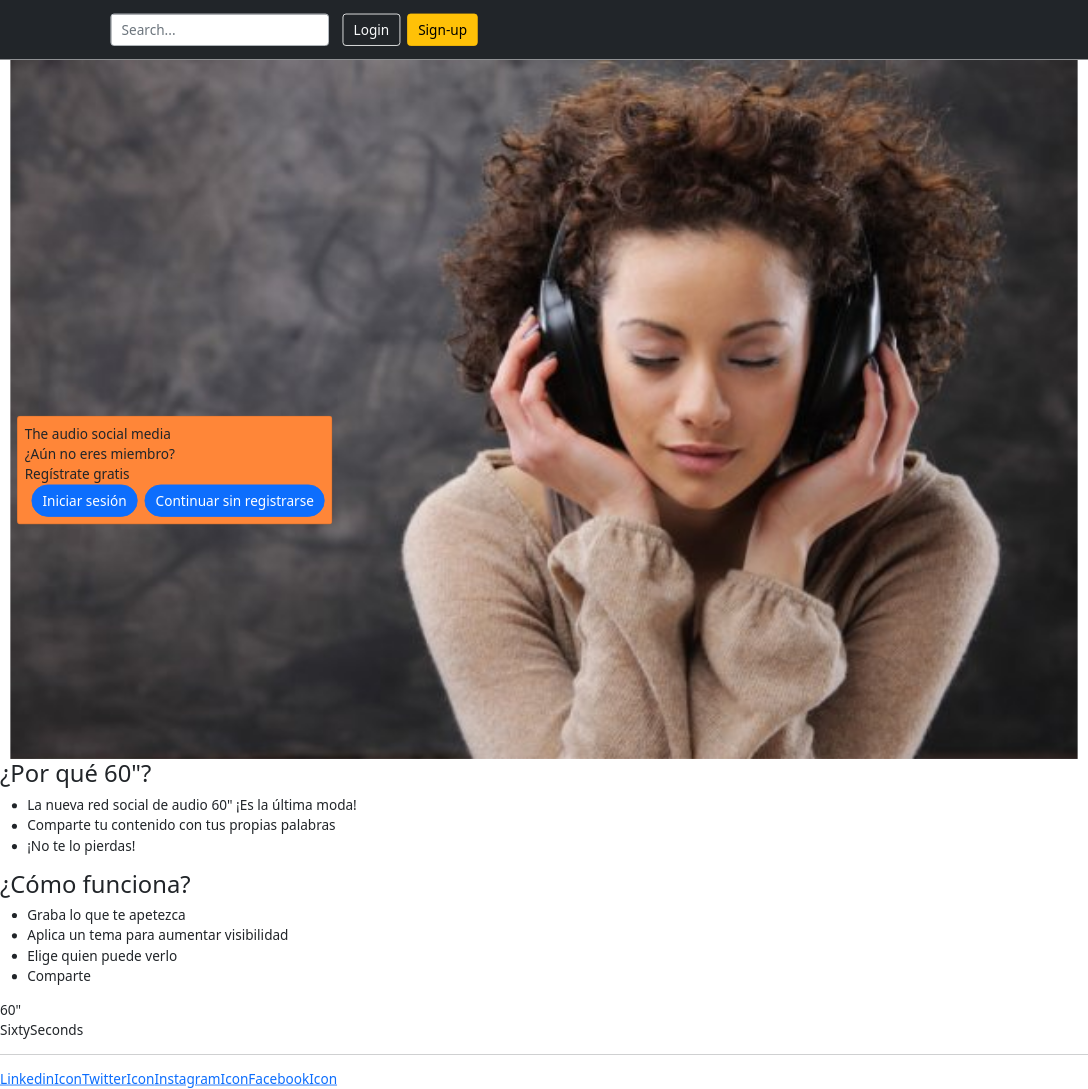
Repository: Zapulin/react-sixtySeconds-front
Page: /
An editor plug-in stored every save of this project. The page is shown before and after the next save, followed by the edit.
The browser window is 1280 px wide. The pictures show the whole page, at 85% of full size.
The project was rebuilt for these pictures with package versions that can differ from the ones it lists, and the page was loaded fresh each time. Also part of the build but not shown: src/Components/Login.js, src/Components/Signup.js, src/Components/Publish.js, src/Components/Activity.js, src/Components/Categories.js, src/Components/IconProfile.js, src/Components/Recorder.js, src/Components/Audio.js and 9 more. Imported but missing from the stored project, and not drawn on this page: src/Samples/AUDIOMP3.mp3, src/Samples/AUDIOOGG.ogg.

Above is the page before, as saved 2022-04-13 10:54:27.

### src/index.js
import React from 'react';
import ReactDOM from 'react-dom';
import App from './App';
import './index.css';
import 'bootstrap/dist/css/bootstrap.min.css';

ReactDOM.render(
  <React.StrictMode>
    <App />
  </React.StrictMode>,
  document.getElementById('root')
);

### src/App.js
import { BrowserRouter, Routes, Route } from 'react-router-dom';

//Pages
import Home from './Pages/Home'
import Feed from './Pages/Feed'
import User from './Pages/Profile'
import NotFound from './Pages/NotFound'

function App() {
  return (
    <BrowserRouter>
      <Routes>
        <Route path='/' element={<Home/>} />
        <Route path='/feed' element={<Feed/>} />
        <Route path='/profile/:id' element={<User/>} />
        <Route path='*' element={<NotFound/>} />
      </Routes>
    </BrowserRouter>
  );
}

export default App;

### src/Pages/Home.js
import top_image from "../Resources/images/top_image.svg";

//Components
import Footer from '../Components/Footer'
import Navbar from '../Components/Navbar'

function Home() {
  return (
    <>
    <Navbar/>
      <div className="container-fluid">
          <div class="position-relative">
            <img className="img-fluid" src={top_image} alt="" />
            <div className="card rounded m-2 p-2 position-absolute top-50" style={{background:'#FF8638'}}>
                 <span> The audio social media </span>
                 <span> ¿Aún no eres miembro? </span>
                 <span> Regístrate gratis </span>
                <div className="d-flex justify-content-between">
                    <button className="btn btn-primary ms-2 rounded-pill"> Iniciar sesión</button>
                    <button className="btn btn-primary ms-2 rounded-pill"> Continuar sin registrarse </button>
                </div>
            </div>
        </div>
      </div>
      <div>
        <div>
            <h3>¿Por qué 60"?</h3>
            <ul>
                <li><span>La nueva red social de audio 60" ¡Es la última moda!</span></li>
                <li><span>Comparte tu contenido con tus propias palabras</span></li>
                <li><span>¡No te lo pierdas!</span></li>
            </ul>
        </div>
        <div>
            <h3>¿Cómo funciona?</h3>
            <ul>
                <li><span>Graba lo que te apetezca</span></li>
                <li><span>Aplica un tema para aumentar visibilidad</span></li>
                <li><span>Elige quien puede verlo</span></li>
                <li><span>Comparte</span></li>
            </ul>
        </div>
      </div>
      <Footer/>
    </>
  );
}

export default Home;

### src/Components/Footer.js

function Footer() {
  return (
  	<footer>
		<div className="circle">
			<span>60"</span><br /><span>SixtySeconds</span><br /><hr />
			<a href="https://www.linkedin.com" target="_blank">LinkedinIcon{ /* TODO: add linkedIn icon */ }</a>
			<a href="https://twitter.com" target="_blank">TwitterIcon{ /* TODO: add twitter icon */ }</a>
			<a href="https://www.instagram.com" target="_blank">InstagramIcon{ /* TODO: add instagram icon */ }</a>
			<a href="https://www.facebook.com" target="_blank">FacebookIcon{ /* TODO: add facebook icon */ }</a>
		</div>
	</footer>
  );
}

export default Footer;

### src/Components/Navbar.js
import { useState } from 'react';
import { Link } from 'react-router-dom';
import Login from "./Login";
import Signup from "./Signup";
import Publish from "./Publish";
import Activity from "./Activity";

function Navbar() {
	const [isLogged, setIsLogged] = useState(false);

	return (
	<>
	<div class="b-example-divider"></div>

<header class="p-3 bg-dark text-white">
  <div class="container">
	<div class="d-flex flex-wrap align-items-center justify-content-center justify-content-lg-start">
	  <a href="/" class="d-flex align-items-center mb-2 mb-lg-0 text-white text-decoration-none">
		<svg class="bi me-2" width="40" height="32" role="img" aria-label="Bootstrap"><use href="#bootstrap"/></svg>
	  </a>

	  <form class="col-12 col-lg-auto mb-3 mb-lg-0 me-lg-3">
		<input type="search" class="form-control form-control-dark" placeholder="Search..." aria-label="Search"/>
	  </form>

	  <div class="text-end">
		<button type="button" class="btn btn-outline-light me-2">Login</button>
		<button type="button" class="btn btn-warning">Sign-up</button>
	  </div>
	</div>
  </div>
</header>

  </>
  );
}

export default Navbar;

Loaded but not shown: public/index.html (common file); src/index.css (common file)

After the next save:
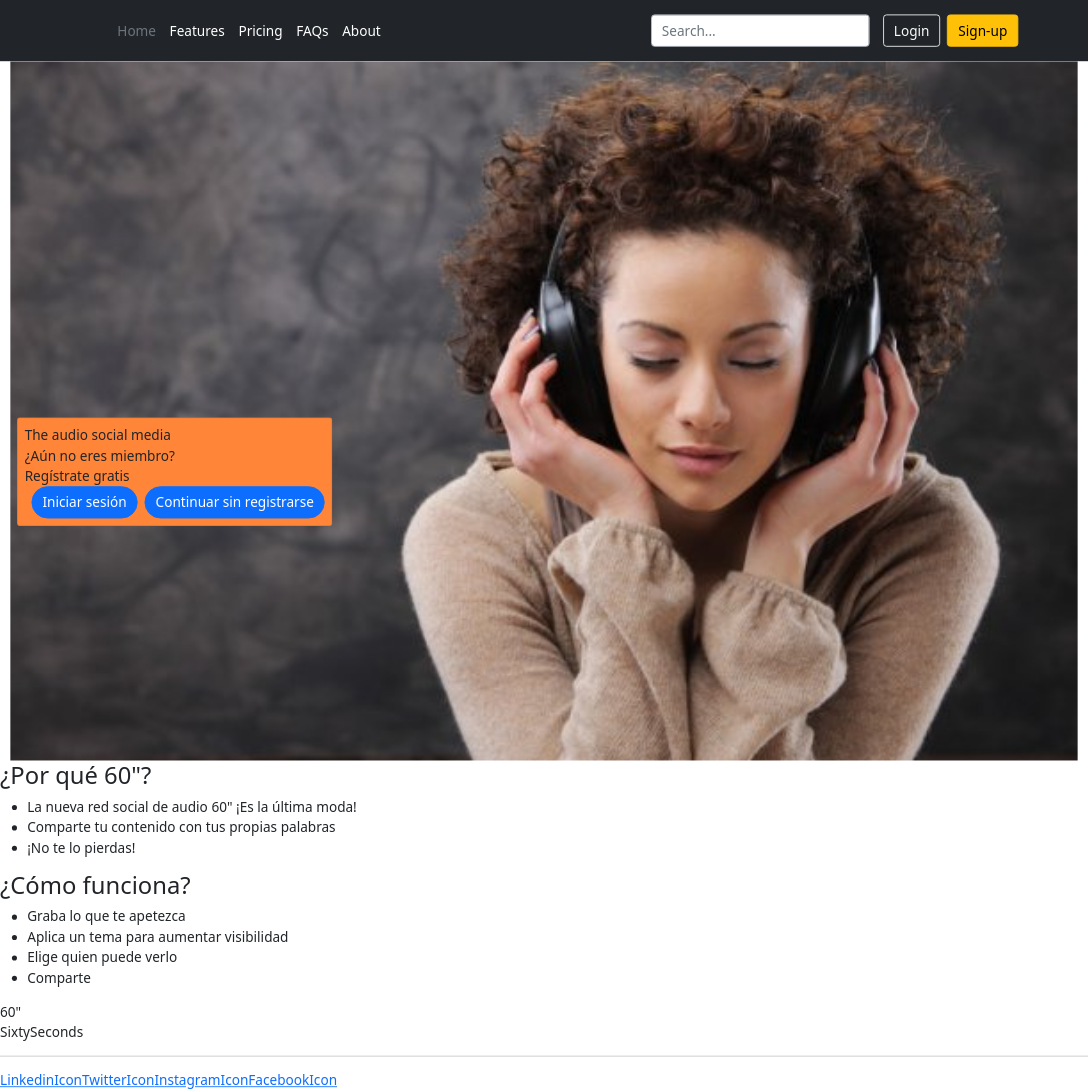
Saved 56 s later.
--- a/src/Components/Navbar.js
+++ b/src/Components/Navbar.js
@@ -16,8 +16,16 @@ function Navbar() {
   <div class="container">
 	<div class="d-flex flex-wrap align-items-center justify-content-center justify-content-lg-start">
 	  <a href="/" class="d-flex align-items-center mb-2 mb-lg-0 text-white text-decoration-none">
-		<svg class="bi me-2" width="40" height="32" role="img" aria-label="Bootstrap"><use href="#bootstrap"/></svg>
+		<svg class="bi me-2" width="40" height="32" role="img" aria-label="Bootstrap"><use xlink:href="#bootstrap"/></svg>
 	  </a>
+
+	  <ul class="nav col-12 col-lg-auto me-lg-auto mb-2 justify-content-center mb-md-0">
+		<li><a href="#" class="nav-link px-2 text-secondary">Home</a></li>
+		<li><a href="#" class="nav-link px-2 text-white">Features</a></li>
+		<li><a href="#" class="nav-link px-2 text-white">Pricing</a></li>
+		<li><a href="#" class="nav-link px-2 text-white">FAQs</a></li>
+		<li><a href="#" class="nav-link px-2 text-white">About</a></li>
+	  </ul>
 
 	  <form class="col-12 col-lg-auto mb-3 mb-lg-0 me-lg-3">
 		<input type="search" class="form-control form-control-dark" placeholder="Search..." aria-label="Search"/>
